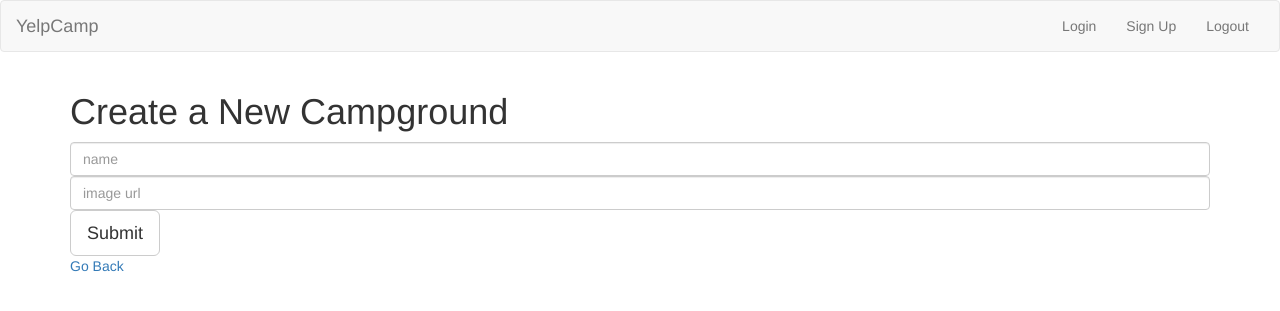
Repository: iceljc/web-development
Page: http://localhost/campgrounds/new
The author's editor kept a record of every edit. The page is drawn from the files as they stood at one moment, then again after the next edit.
The browser window is 1280 px wide. The pictures show the whole page.
The page is served by the project's Node server (YelpCamp/v1/app.js).

Above is the page before.

After the next edit:
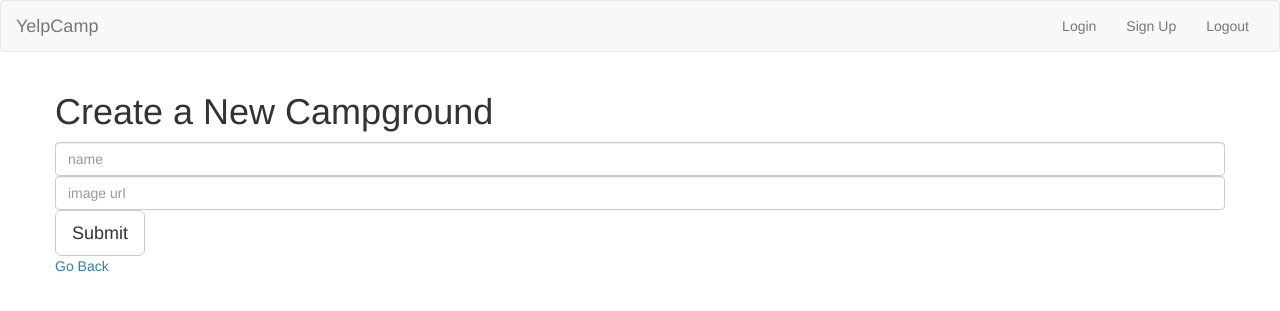
The edit:
--- a/YelpCamp/v1/views/new.ejs
+++ b/YelpCamp/v1/views/new.ejs
@@ -1,15 +1,17 @@
 <% include partials/header %>
 
 <div class="container">
-    <h1>Create a New Campground</h1>
+    <div class="row">
+        <h1>Create a New Campground</h1>
 
-    <form action="/campgrounds" method="POST">
-        <input class="form-control" type="text" name="name" placeholder="name">
-        <input class="form-control" type="text" name="image" placeholder="image url">
-        <button class="btn btn-lg btn-default">Submit</button>
-    </form>
+        <form action="/campgrounds" method="POST">
+            <input class="form-control" type="text" name="name" placeholder="name">
+            <input class="form-control" type="text" name="image" placeholder="image url">
+            <button class="btn btn-lg btn-default">Submit</button>
+        </form>
 
-    <a href="/campgrounds">Go Back</a>
+        <a href="/campgrounds">Go Back</a>
+    </div>
 </div>
 
 
